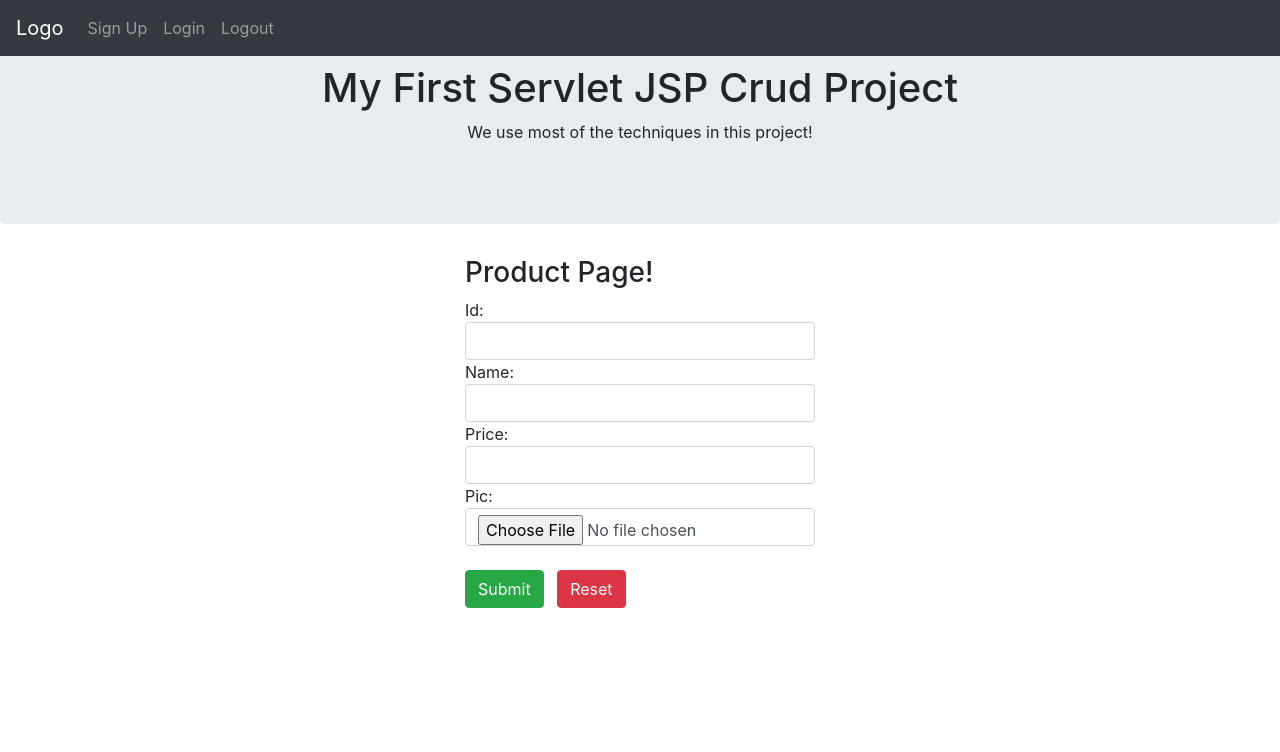
Repository: jagasia/sep-07
Page: http://localhost/sep-07-04/product.jsp
These files come from the project's save history. The page is drawn as it stood at one moment and after the next save; the edit follows.
The browser window is 1280 px wide. The pictures show the whole page.
The page is served by Tomcat 9. Other server files are loaded and not shown.

Above is the page before, as saved 2022-09-09 03:59:36.

### sep-07-04/WebContent/product.jsp
<%@ page language="java" contentType="text/html; charset=ISO-8859-1"
    pageEncoding="ISO-8859-1"%>
<!DOCTYPE html>
<html>
<head>
<meta charset="ISO-8859-1">
<title>Insert title here</title>
  <link rel="stylesheet" href="https://cdn.jsdelivr.net/npm/bootstrap@4.6.1/dist/css/bootstrap.min.css">
  <script src="https://cdn.jsdelivr.net/npm/jquery@3.6.0/dist/jquery.slim.min.js"></script>
  <script src="https://cdn.jsdelivr.net/npm/popper.js@1.16.1/dist/umd/popper.min.js"></script>
  <script src="https://cdn.jsdelivr.net/npm/bootstrap@4.6.1/dist/js/bootstrap.bundle.min.js"></script>
</head>
<body>
<jsp:include page="menu.jsp"></jsp:include>
<div class="jumbotron text-center">
  <h1>My First Servlet JSP Crud Project</h1>
  <p>We use most of the techniques in this project!</p>
</div>

<div class="container">
  <div class="row">
    <div class="col-sm-4">
      <h3></h3>

    </div>
    <div class="col-sm-4">
      <h3>Product Page!</h3>
      <form>
      	Id: <input type="number" name="id" class="form-control" />
      	Name: <input type="text" name="name" class="form-control" />
      	Price: <input type="number" name="price" class="form-control" />
      	Pic: <input type="file" name="pic" class="form-control" />
      	<br/>
      	<input type="submit" class="btn btn-success" />
      	&nbsp;
      	<input type="reset" class="btn btn-danger" />
      </form>
    </div>
    <div class="col-sm-4">
      <h3></h3>

    </div>
  </div>
</div>

<br/>
<br/>
<br/>
<br/>
<br/>
<br/>

</body>
</html>

### sep-07-04/WebContent/menu.jsp
<nav class="navbar navbar-expand-sm bg-dark navbar-dark fixed-top">
  <a class="navbar-brand" href="#">Logo</a>
  <ul class="navbar-nav">
    <li class="nav-item">
      <a class="nav-link" href="signup.jsp">Sign Up</a>
    </li>
    <li class="nav-item">
      <a class="nav-link" href="login.jsp">Login</a>
    </li>
    <li class="nav-item">
      <a class="nav-link" href="logout">Logout</a>
    </li>
  </ul>
</nav>

After the next save:
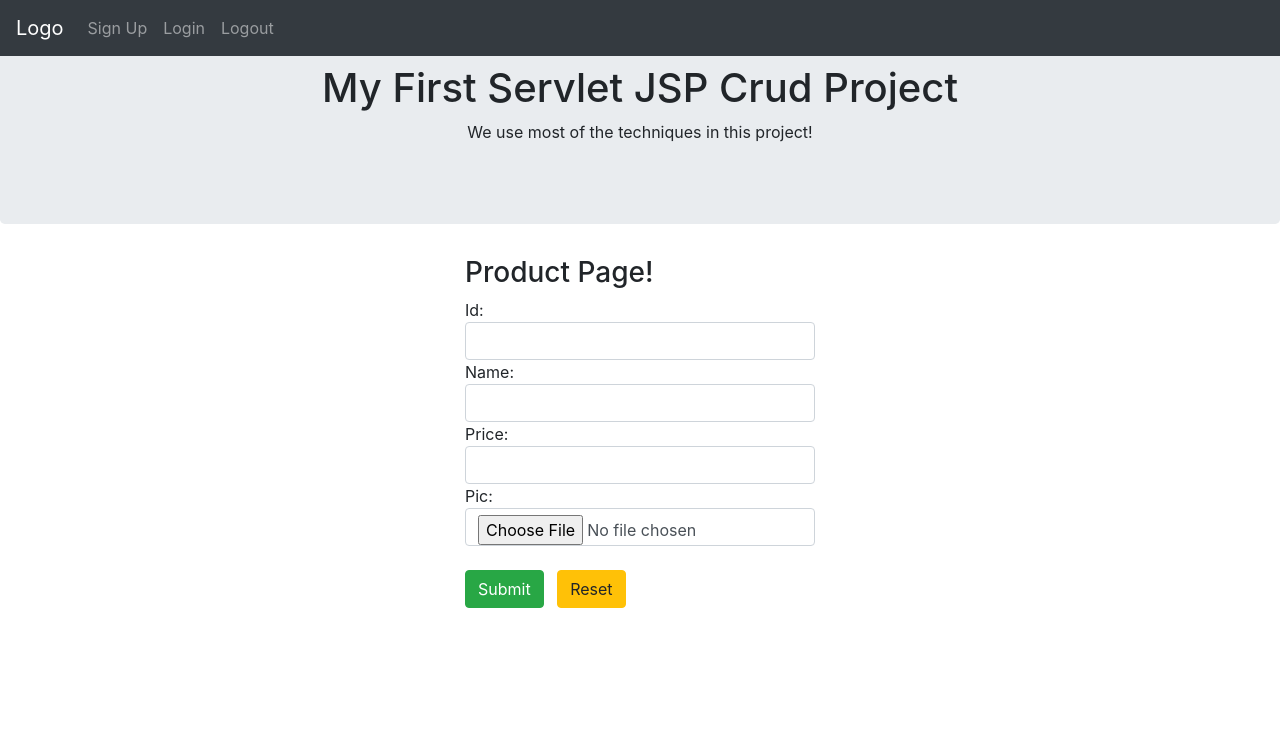
Saved 10 s later.
--- a/sep-07-04/WebContent/product.jsp
+++ b/sep-07-04/WebContent/product.jsp
@@ -33,7 +33,7 @@
       	<br/>
       	<input type="submit" class="btn btn-success" />
       	&nbsp;
-      	<input type="reset" class="btn btn-danger" />
+      	<input type="reset" class="btn btn-warning" />
       </form>
     </div>
     <div class="col-sm-4">
